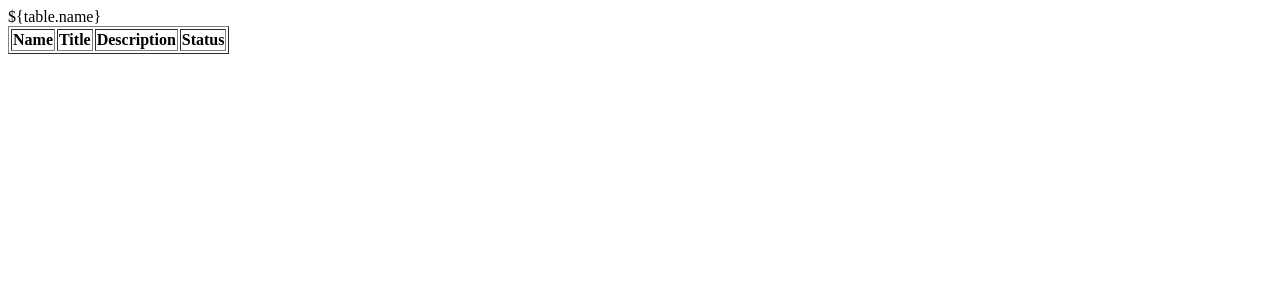
Repository: ARUN-YERRAM/Fs-Kmit
Page: index.html
These files come from the project's save history. The page is drawn as it stood at one moment and after the next save; the edit follows.
The browser window is 1280 px wide. The pictures show the whole page.

Above is the page before, as saved 2024-12-14 15:29:26.

After the next save:
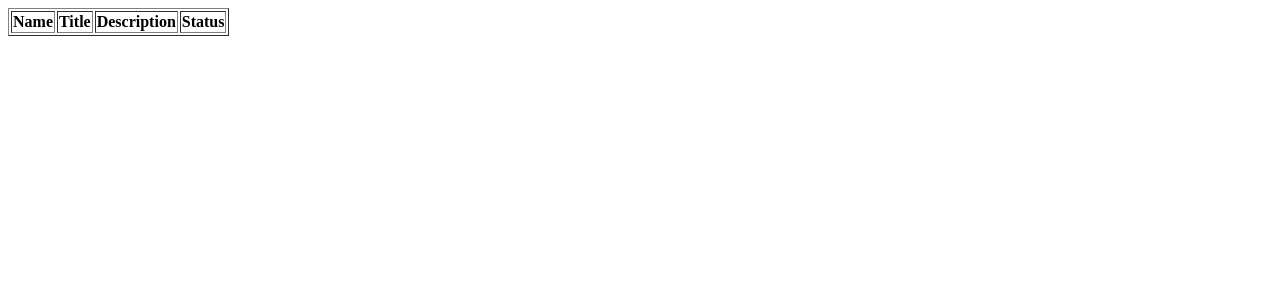
Saved 7 min 18 s later.
--- a/index.html
+++ b/index.html
@@ -19,7 +19,7 @@
 
         <tbody>
             <!--  -->
-            ${table.name}
+            <!-- ${table.name} -->
         </tbody>
         <script href="./app.js"></script>
     </table>
